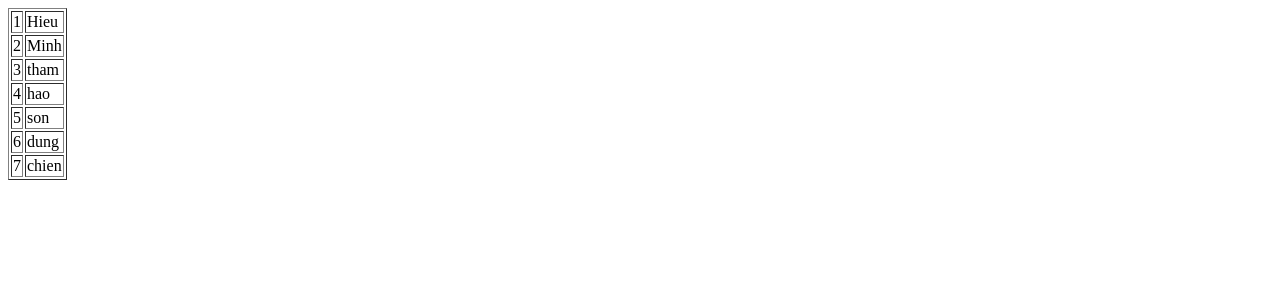
Repository: hunggtham/First-Jsp-and-Servlet-Project
Page: http://localhost/4DemoJsp3/IndexProcess.jsp
The author's editor kept a copy of each file at every save. The page is drawn from the files as they stood at one save, then again after the next save.
The browser window is 1280 px wide. The pictures show the whole page.
The page is served by Tomcat 9.

Above is the page before, as saved 2022-07-24 09:44:52.

After the next save:
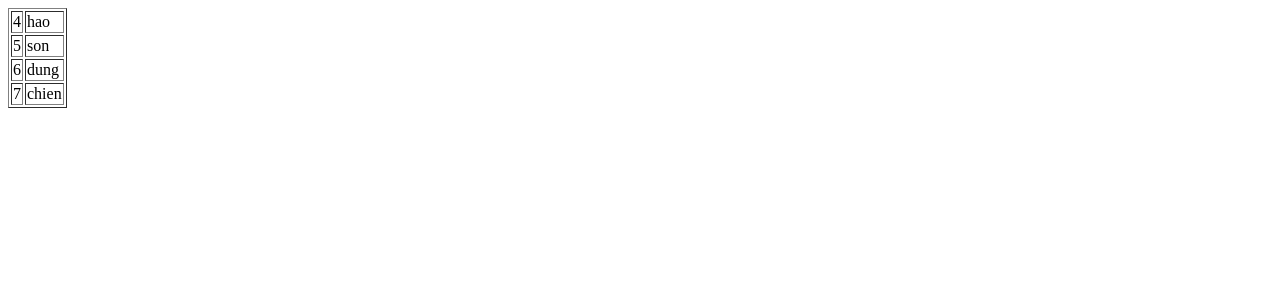
Saved 67 s later.
--- a/4DemoJsp3/src/main/webapp/Display.jsp
+++ b/4DemoJsp3/src/main/webapp/Display.jsp
@@ -25,12 +25,12 @@
 	<!--  Display user in table -->
 	<table border="1">
 		<c:forEach items="${listStudent }" var="list">
-			<c:if test="${list.num>3 }"></c:if>
-			<tr>
-				<td>${list.num}</td>
-				<td>${list.name}</td>
-			</tr>
-
+			<c:if test="${list.num>3 }">
+				<tr>
+					<td>${list.num}</td>
+					<td>${list.name}</td>
+				</tr>
+			</c:if>
 		</c:forEach>
 	</table>
 
